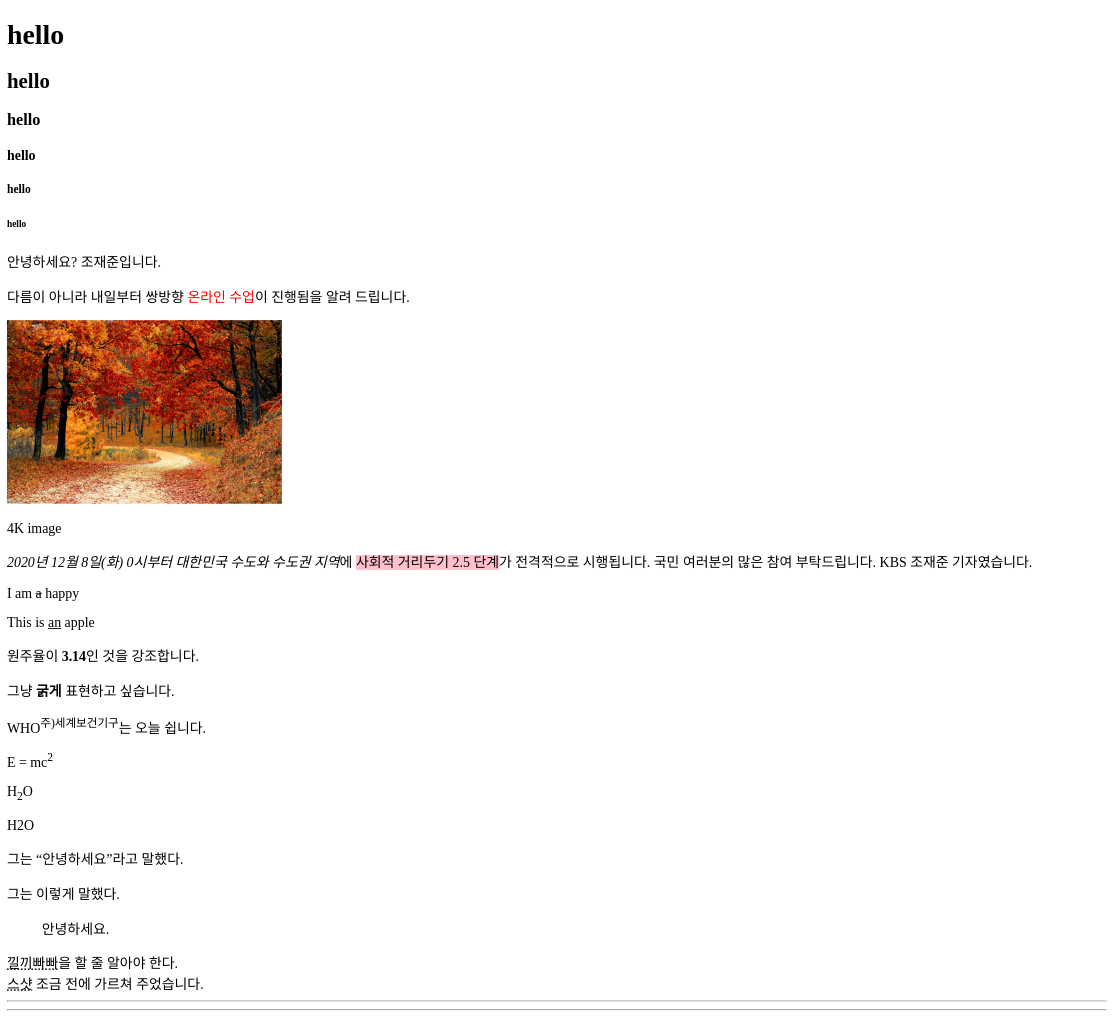
Repository: Chojaejun/javastudy
Page: HelloWorld/WebContent/f.html
An editor plug-in stored every save of this project. The page is shown before and after the next save, followed by the edit.
The browser window is 1280 px wide. The pictures show the whole page, at 87% of full size.

Above is the page before, as saved 2020-12-07 06:00:25.

### HelloWorld/WebContent/f.html
<!DOCTYPE html>
<html>
<head>
<meta charset="UTF-8">
<title>Insert title here</title>
</head>
<body>
<!-- 헤더태크는 블락태그 = 한줄을 다 먹음. 위 아래로 띄어쓰기 -->
<h1>hello</h1>
<h2>hello</h2>
<h3>hello</h3>
<h4>hello</h4>
<h5>hello</h5>
<h6>hello</h6>

<!-- p태그는 자동 줄바꿈 안됨. html에서 줄바꿈은 <br>-->
<p>
	안녕하세요?
	조재준입니다.
</p>
<!-- span태그는 인라인태그 글에 색이나 줄을 사용하고 싶을 때 사용 -->
<p>
	다름이 아니라
	내일부터 쌍방향 <span style="color: red;">온라인 수업</span>이 진행됨을 알려 드립니다.
</p>


<div>

	<img style="width: 25%;height: 25%;" alt="4k image" src="test.jpg"><br>
	<p>4K image</p>

</div>

<!-- 시멘틱태그란 의미가 있는 태그명 -->
<section>
	<article>
	<!-- i태그와 em태그의 기울어짐 효과는 같지만 i를 쓰면 기울기, em은 강조에 사용 -->
	<!-- mark태그는 시멘틱요소 형관펜으로 칠한 효과 -->
	<i>2020년 12월 8일(화) 0시부터</i> <em>대한민국 수도와 수도권 지역</em>에 <mark style="background-color: pink;">사회적 거리두기 2.5 단계</mark>가
	전격적으로 시행됩니다. 국민 여러분의 많은 참여 부탁드립니다. KBS 조재준 기자였습니다.

	</article>


</section>

<p>I am <del>a</del> happy</p>
<p>This is <ins>an</ins> apple</p>

<p>원주율이 <strong>3.14</strong>인 것을 강조합니다.</p>
<p>그냥 <b>굵게</b> 표현하고 싶습니다.</p>

<p>WHO<sup>주)세계보건기구</sup>는 오늘 쉽니다.</p>
<p>E = mc<sup>2</sup></p>
<p>H<sub>2</sub>O</p>
<p>H2O</p>

<!-- 문장중에 ""를 사용할 때는 <q>입력문자</q>를 사용한다. -->
<p>그는 <q>안녕하세요</q>라고 말했다.</p>
<p>그는 이렇게 말했다.
</p>
<!-- 들여쓰기를 할 때는 <blochquote>내용입력</blockquoute>를 사용한다. -->
<blockquote>안녕하세요.</blockquote>

<!-- <abbr>문장입력</abbr> 은 축약된 단어임을 나타냄 -->
<abbr title="낄때 끼고 빠질 때 빠진다.">낄끼빠빠</abbr>을 할 줄 알아야 한다.
<br>
<abbr title="스크린 샷">스샷</abbr> 조금 전에 가르쳐 주었습니다.











<hr>
<hr>














</body>
</html>

After the next save:
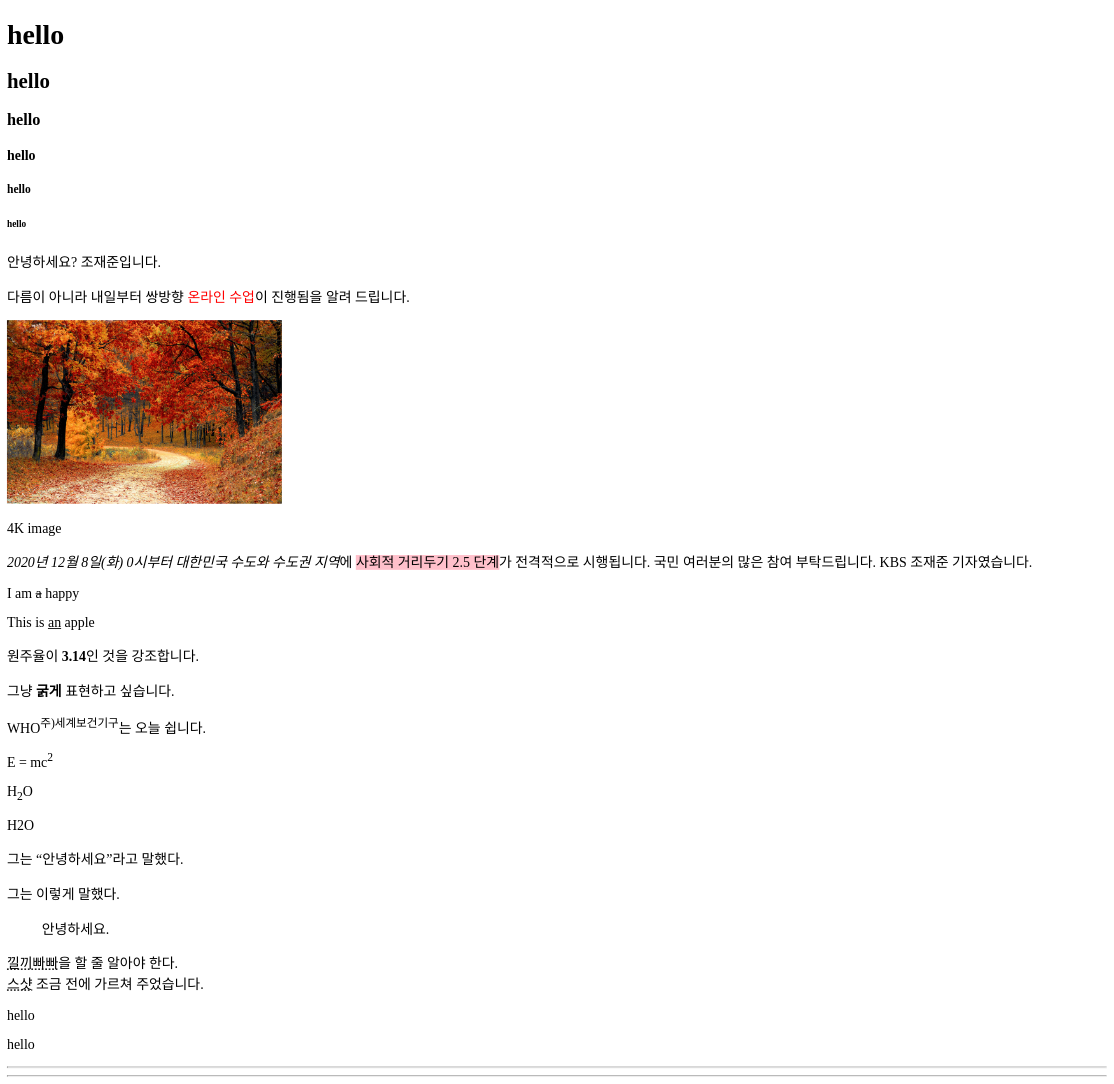
Saved 11 min 53 s later.
--- a/HelloWorld/WebContent/f.html
+++ b/HelloWorld/WebContent/f.html
@@ -68,6 +68,9 @@
 <br>
 <abbr title="스크린 샷">스샷</abbr> 조금 전에 가르쳐 주었습니다.
 
+<p>hello</p>
+<p<bdo>hello</bdo></p>
+
 
 
 
